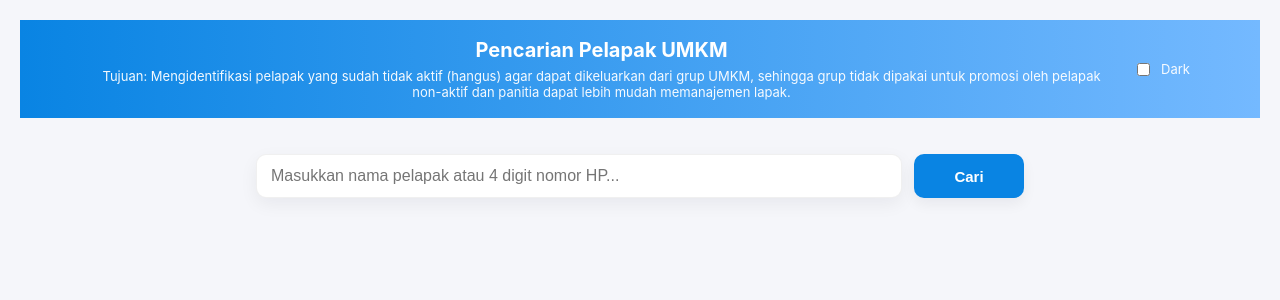
Repository: pasarrakyatbak/ceklapak
Page: index.html
An editor plug-in stored every save of this project. The page is shown before and after the next save, followed by the edit.
The browser window is 1280 px wide. The pictures show the whole page.

Above is the page before, as saved 2025-11-19 05:49:06.

### index.html
<!DOCTYPE html>
<html lang="id">

<head>
    <meta charset="UTF-8" />
    <meta name="viewport" content="width=device-width, initial-scale=1.0" />
    <title>Pencarian Pelapak UMKM</title>
    <link rel="stylesheet" href="style.css" />
</head>

<body>
    <header>
        <div class="header-inner">
            <div>
                <h1>Pencarian Pelapak UMKM</h1>
                <p class="desc">Tujuan: Mengidentifikasi pelapak yang sudah tidak aktif (hangus) agar dapat dikeluarkan
                    dari grup UMKM, sehingga grup tidak dipakai untuk promosi oleh pelapak non-aktif dan panitia dapat
                    lebih mudah memanajemen lapak.</p>
            </div>

            <div class="controls">
                <label class="theme-toggle">
                    <input id="themeToggle" type="checkbox" aria-label="Toggle dark mode" />
                    <span>Dark</span>
                </label>
            </div>
        </div>
    </header>

    <main>
        <div class="container">
            <div class="search-box">
                <input type="text" id="queryInput" placeholder="Masukkan nama pelapak atau 4 digit nomor HP..."
                    autocomplete="off" />
                <button id="searchBtn">Cari</button>
            </div>

            <div id="resultBox" class="result-box hidden" role="region" aria-live="polite"></div>
        </div>
    </main>

    <script src="app.js"></script>
</body>

</html>

### style.css
body {
    background: #0984e3;
    color: white;
    padding: 20px;
    text-align: center;
    border-bottom-left-radius: 20px;
    border-bottom-right-radius: 20px;
}

header h1 {
    margin: 0;
    font-size: 26px;
}

.desc {
    margin-top: 10px;
    font-size: 14px;
    opacity: 0.9;
}

main {
    max-width: 600px;
    margin: 40px auto;
    padding: 20px;
}

.search-box {
    display: flex;
    gap: 10px;
}

.search-box input {
    flex: 1;
    padding: 12px;
    border-radius: 10px;
    border: 1px solid #b2bec3;
    font-size: 16px;
}

.search-box button {
    padding: 12px 18px;
    background: #0984e3;
    color: white;
    border: none;
    border-radius: 10px;
    cursor: pointer;
    font-size: 15px;
    transition: 0.2s;
}

.search-box button:hover {
    background: #0770c4;
}

.result-box {
    margin-top: 25px;
    background: white;
    padding: 20px;
    border-radius: 12px;
    box-shadow: 0 4px 10px rgba(0, 0, 0, 0.08);
}

.hidden {
    display: none;
}

.result-item {
    padding: 12px;
    border-bottom: 1px solid #dfe6e9;
}

.result-item:last-child {
    border-bottom: none;
}

.result-item strong {
    color: #0984e3;
}

/* === Variables for light & dark theme === */
:root {
    --bg: #f5f6fa;
    --card: #ffffff;
    --text: #2d3436;
    --muted: #636e72;
    --primary: #0984e3;
    --accent: #74b9ff;
    --shadow: rgba(12, 18, 28, 0.06);
}

body.dark {
    --bg: #0f1720;
    --card: #0b1220;
    --text: #e6eef8;
    --muted: #9aa9bd;
    --primary: #1e90ff;
    --accent: #59a6ff;
    --shadow: rgba(0, 0, 0, 0.6);
}

/* === Base === */
* {
    box-sizing: border-box
}

body {
    margin: 0;
    font-family: Inter, system-ui, -apple-system, 'Segoe UI', Roboto, 'Helvetica Neue', Arial;
    background: var(--bg);
    color: var(--text);
    -webkit-font-smoothing: antialiased;
    -moz-osx-font-smoothing: grayscale;
}

header {
    background: linear-gradient(90deg, var(--primary), var(--accent));
    color: white;
    padding: 18px 20px;
}

.header-inner {
    max-width: 1100px;
    margin: 0 auto;
    display: flex;
    gap: 20px;
    align-items: center;
    justify-content: space-between;
}

header h1 {
    margin: 0;
    font-size: 20px
}

.desc {
    margin: 6px 0 0;
    font-size: 13px;
    opacity: 0.95
}

.controls {
    display: flex;
    align-items: center;
    gap: 12px
}

.theme-toggle {
    display: flex;
    align-items: center;
    gap: 8px;
    color: rgba(255, 255, 255, 0.95);
    font-size: 13px
}

.theme-toggle input {
    accent-color: var(--card)
}

main {
    max-width: 800px;
    margin: 36px auto;
    padding: 0 16px
}

.container {
    background: transparent
}

.search-box {
    display: flex;
    gap: 12px
}

.search-box input {
    flex: 1;
    padding: 12px 14px;
    border-radius: 10px;
    border: 1px solid rgba(0, 0, 0, 0.06);
    background: var(--card);
    color: var(--text);
    box-shadow: 0 6px 18px var(--shadow);
}

.search-box button {
    padding: 12px 16px;
    border-radius: 10px;
    border: none;
    background: var(--primary);
    color: white;
    cursor: pointer;
    min-width: 110px;
    font-weight: 600;
    box-shadow: 0 6px 14px var(--shadow);
}

.search-box button:hover {
    transform: translateY(-1px)
}

.result-box {
    margin-top: 22px;
    background: var(--card);
    padding: 16px;
    border-radius: 12px;
    box-shadow: 0 8px 24px var(--shadow)
}

.hidden {
    display: none
}

.result-item {
    padding: 12px;
    border-bottom: 1px solid rgba(0, 0, 0, 0.04)
}

.result-item:last-child {
    border-bottom: none
}

.result-item strong {
    color: var(--primary)
}

.small {
    font-size: 13px;
    color: var(--muted)
}

/* responsive */
@media (max-width:480px) {
    .header-inner {
        padding: 0;
        flex-direction: column;
        align-items: flex-start
    }

    .search-box {
        flex-direction: column
    }

    .search-box button {
        width: 100%
    }
}

### app.js
// === CONFIG ===
const API_URL = "https://script.google.com/macros/s/AKfycby4z2qZ24SrJkcyGpybH29lSUC_3_z1LG-7wSmTzpaOEXrwjXf0Cl3hqkg95qAxPj1-/exec"; // Ganti setelah deploy Apps Script

// DOM
const searchBtn = document.getElementById("searchBtn");
const queryInput = document.getElementById("queryInput");
const resultBox = document.getElementById("resultBox");
const themeToggle = document.getElementById("themeToggle");

// Inisialisasi tema dari localStorage
(function initTheme() {
    const saved = localStorage.getItem("umkm_theme");
    if (saved === "dark") document.body.classList.add("dark");
    themeToggle.checked = document.body.classList.contains("dark");
})();

// Event listeners
searchBtn.addEventListener("click", searchData);
queryInput.addEventListener("keypress", (e) => { if (e.key === "Enter") searchData(); });
themeToggle.addEventListener("change", toggleTheme);

// === Utilities ===
function cleanNumber(input) {
    // hapus spasi, titik, tanda hubung, kurung, plus
    return input.replace(/\s|\.|-|\(|\)|\+/g, "");
}

function normalizePhone(phone) {
    if (!phone) return "";
    phone = phone.toString().trim();
    phone = cleanNumber(phone);
    // ambil hanya angka
    const digits = phone.replace(/[^0-9]/g, "");
    if (!digits) return "";
    if (digits.startsWith("0")) return digits;
    return "0" + digits;
}

function toggleTheme() {
    const isDark = themeToggle.checked;
    if (isDark) document.body.classList.add("dark"); else document.body.classList.remove("dark");
    localStorage.setItem("umkm_theme", isDark ? "dark" : "light");
}

// === Search ===
function searchData() {
    const raw = queryInput.value.trim();
    if (!raw) return renderError("Masukkan nama atau 4 digit nomor HP.");

    // Jika input berisi huruf -> treat as name, else numeric -> treat as digits
    let q = raw;
    const onlyDigits = cleanNumber(q);

    // jika numeric dan panjang 4 maka dianggap 4-digit search
    let isLast4 = /^\d{4}$/.test(onlyDigits);
    if (isLast4) q = onlyDigits;
    else q = raw.toLowerCase();

    // panggil API
    fetch(`${API_URL}?q=${encodeURIComponent(q)}`)
        .then(res => res.json())
        .then(data => {
            if (!data) return renderError("Data tidak valid dari server.");
            if (data.status === "error") return renderError(data.pesan || data.message || "Tidak ditemukan.");

            // normalize nomor pada hasil
            const normalized = (data.hasil || data.hasil || data.data || []).map(item => ({
                ...item,
                nomor: normalizePhone(item.nomor || item.phone || "")
            }));

            renderResults(normalized);
        })
        .catch(err => {
            console.error(err);
            renderError("Gagal menghubungi server. Periksa koneksi internet Anda.");
        });
}

// === RENDER ===
function renderResults(results) {
    resultBox.classList.remove("hidden");
    if (!results || results.length === 0) {
        resultBox.innerHTML = "<p>Tidak ada hasil ditemukan.</p>";
        return;
    }

    let html = "";
    results.forEach(r => {
        html += `
      <div class="result-item">
        <div><strong>Nama:</strong> ${escapeHtml(r.nama || '—')}</div>
        <div><strong>Nomor HP:</strong> ${escapeHtml(r.nomor || '—')}</div>
        <div class="small"><strong>Jualan:</strong> ${escapeHtml(r.jenis_jualan || r.jualan || '—')}</div>
        <div class="small">Baris data: ${escapeHtml(String(r.baris || '—'))}</div>
      </div>
    `;
    });
    resultBox.innerHTML = html;
}

function renderError(msg) {
    resultBox.classList.remove("hidden");
    resultBox.innerHTML = `<p style="color:var(--primary);font-weight:600">${escapeHtml(msg)}</p>`;
}

// safe escape
function escapeHtml(s) {
    return String(s)
        .replace(/&/g, '&amp;')
        .replace(/</g, '&lt;')
        .replace(/>/g, '&gt;')
        .replace(/"/g, '&quot;')
        .replace(/'/g, '&#39;');
}

After the next save:
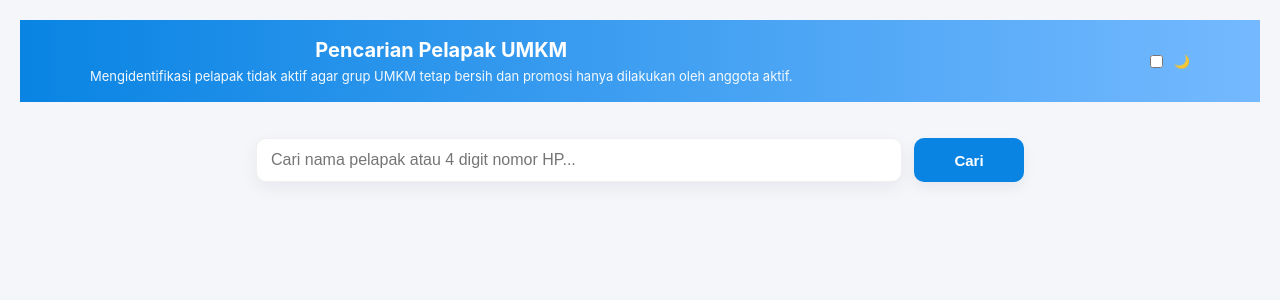
Saved 71 s later.
--- a/index.html
+++ b/index.html
@@ -13,30 +13,31 @@
         <div class="header-inner">
             <div>
                 <h1>Pencarian Pelapak UMKM</h1>
-                <p class="desc">Tujuan: Mengidentifikasi pelapak yang sudah tidak aktif (hangus) agar dapat dikeluarkan
-                    dari grup UMKM, sehingga grup tidak dipakai untuk promosi oleh pelapak non-aktif dan panitia dapat
-                    lebih mudah memanajemen lapak.</p>
+                <p class="desc">
+                    Mengidentifikasi pelapak tidak aktif agar grup UMKM tetap bersih dan promosi hanya dilakukan oleh
+                    anggota aktif.
+                </p>
             </div>
 
             <div class="controls">
                 <label class="theme-toggle">
                     <input id="themeToggle" type="checkbox" aria-label="Toggle dark mode" />
-                    <span>Dark</span>
+                    <span>🌙</span>
                 </label>
             </div>
         </div>
     </header>
 
     <main>
-        <div class="container">
+        <div class="search-card">
             <div class="search-box">
-                <input type="text" id="queryInput" placeholder="Masukkan nama pelapak atau 4 digit nomor HP..."
+                <input type="text" id="queryInput" placeholder="Cari nama pelapak atau 4 digit nomor HP..."
                     autocomplete="off" />
                 <button id="searchBtn">Cari</button>
             </div>
+        </div>
 
-            <div id="resultBox" class="result-box hidden" role="region" aria-live="polite"></div>
-        </div>
+        <div id="resultBox" class="result-box hidden" role="region" aria-live="polite"></div>
     </main>
 
     <script src="app.js"></script>
